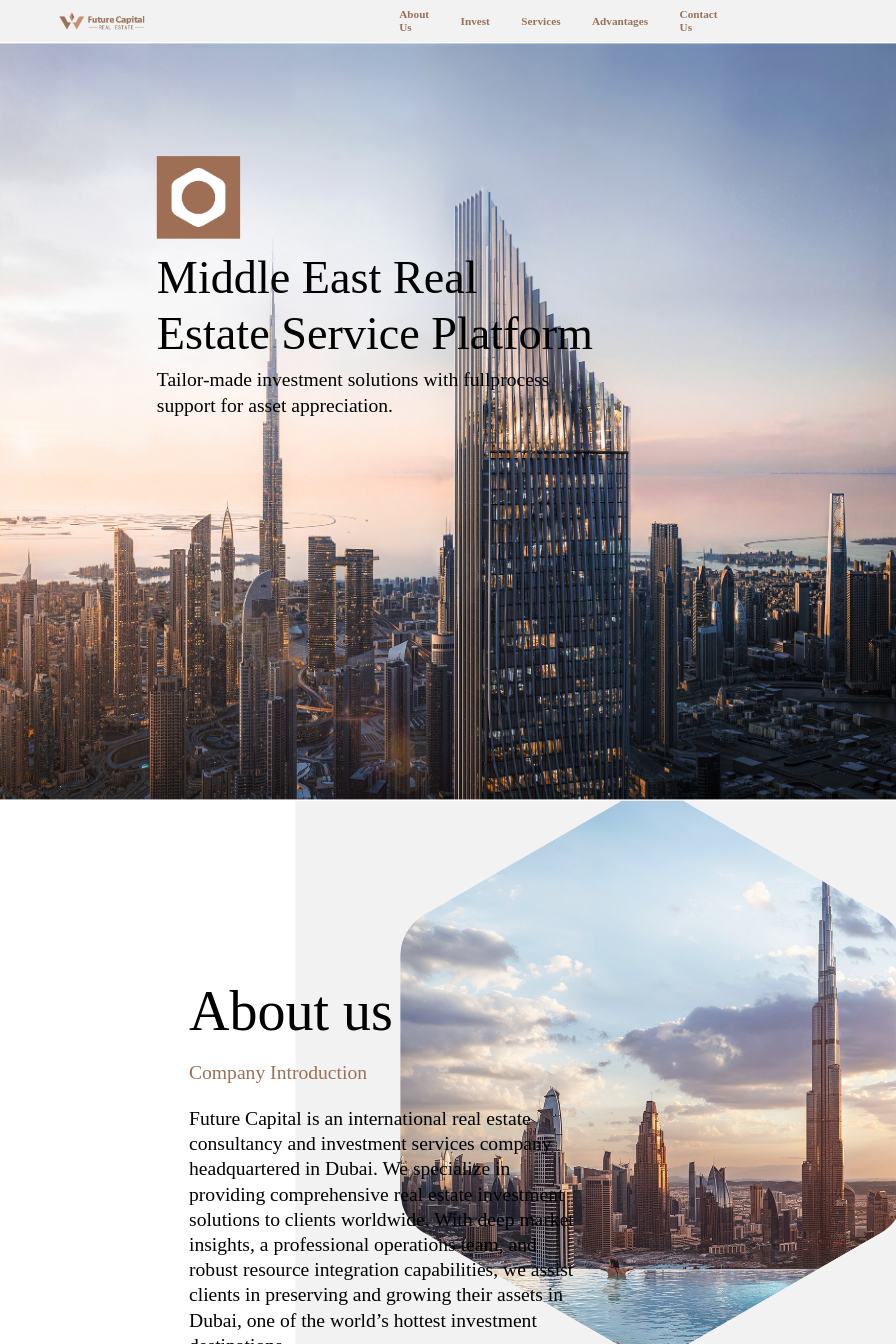
Repository: hcliu987/FutureCapital
Page: /
These files come from the project's save history. The page is drawn as it stood at one moment and after the next save; the edit follows.
The browser window is 1280 px wide. The pictures show the part of the page from y = 0 to 1920 px (the page is 8610 px tall), at 70% of full size.
The project was rebuilt for these pictures with package versions that can differ from the ones it lists, and the page was loaded fresh each time. Also part of the build but not shown: vue.config.js.

Above is the page before, as saved 2025-01-18 14:11:20.

After the next save:
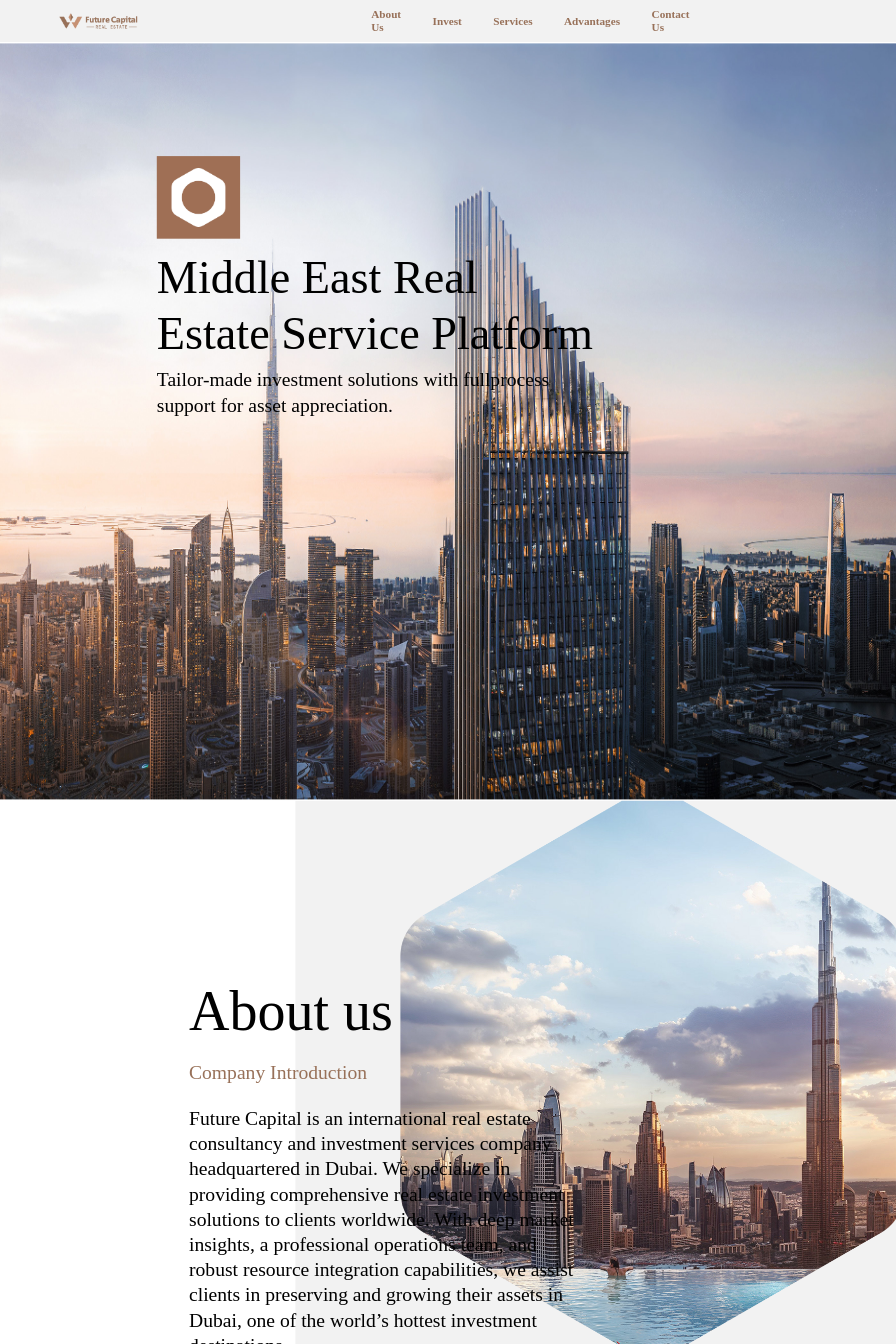
Saved 2 min 34 s later.
--- a/src/components/homePage.vue
+++ b/src/components/homePage.vue
@@ -234,7 +234,7 @@
   display: flex;
   align-items: center;
   justify-content: space-between;
-  padding: 0 210px 0 85px;
+  padding: 0 250px 0 85px;
   margin-bottom: 2px;
 }
 .nav .left {

After the save that followed:
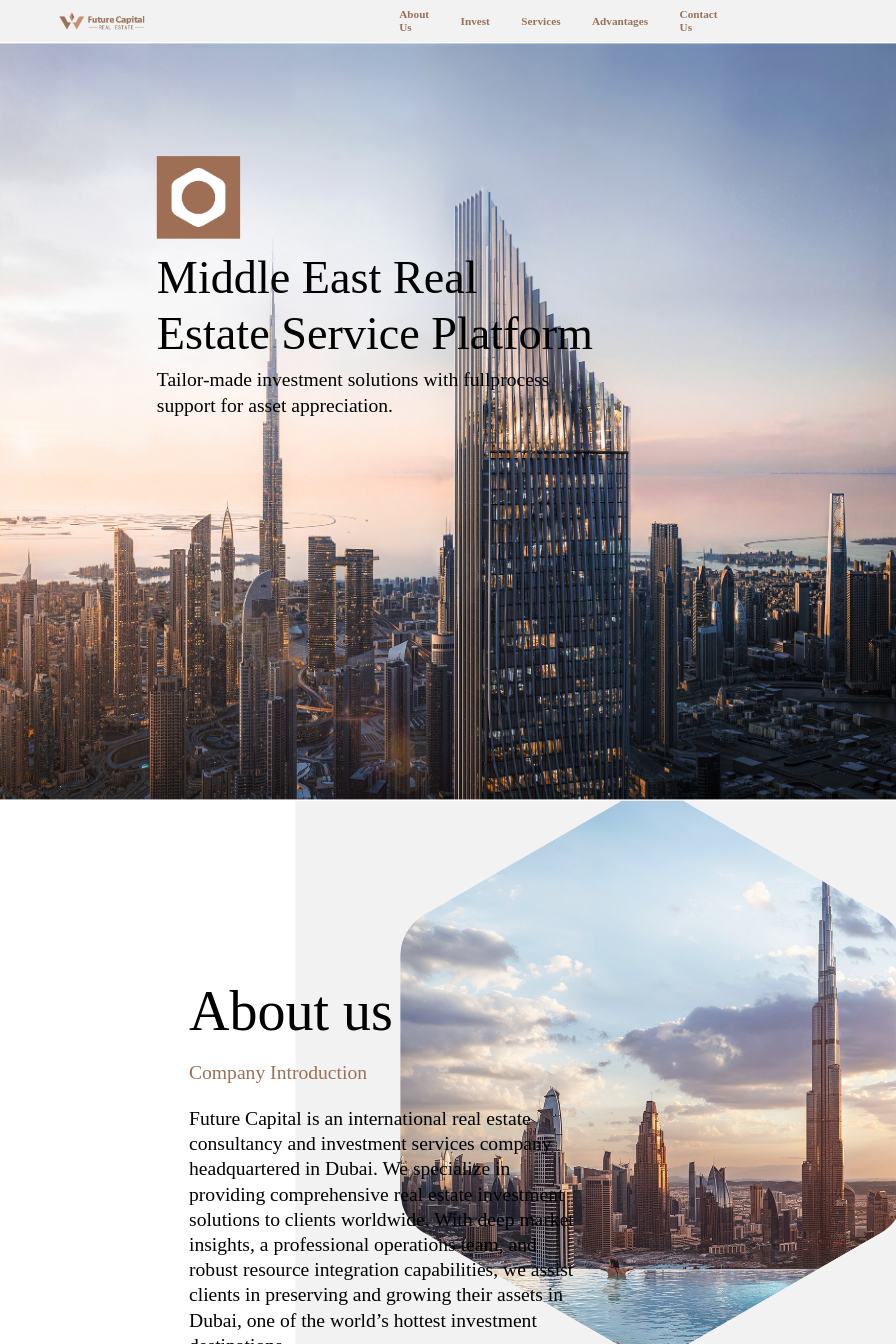
Saved 7 s later.
--- a/src/components/homePage.vue
+++ b/src/components/homePage.vue
@@ -234,7 +234,7 @@
   display: flex;
   align-items: center;
   justify-content: space-between;
-  padding: 0 250px 0 85px;
+  padding: 0 210px 0 85px;
   margin-bottom: 2px;
 }
 .nav .left {
